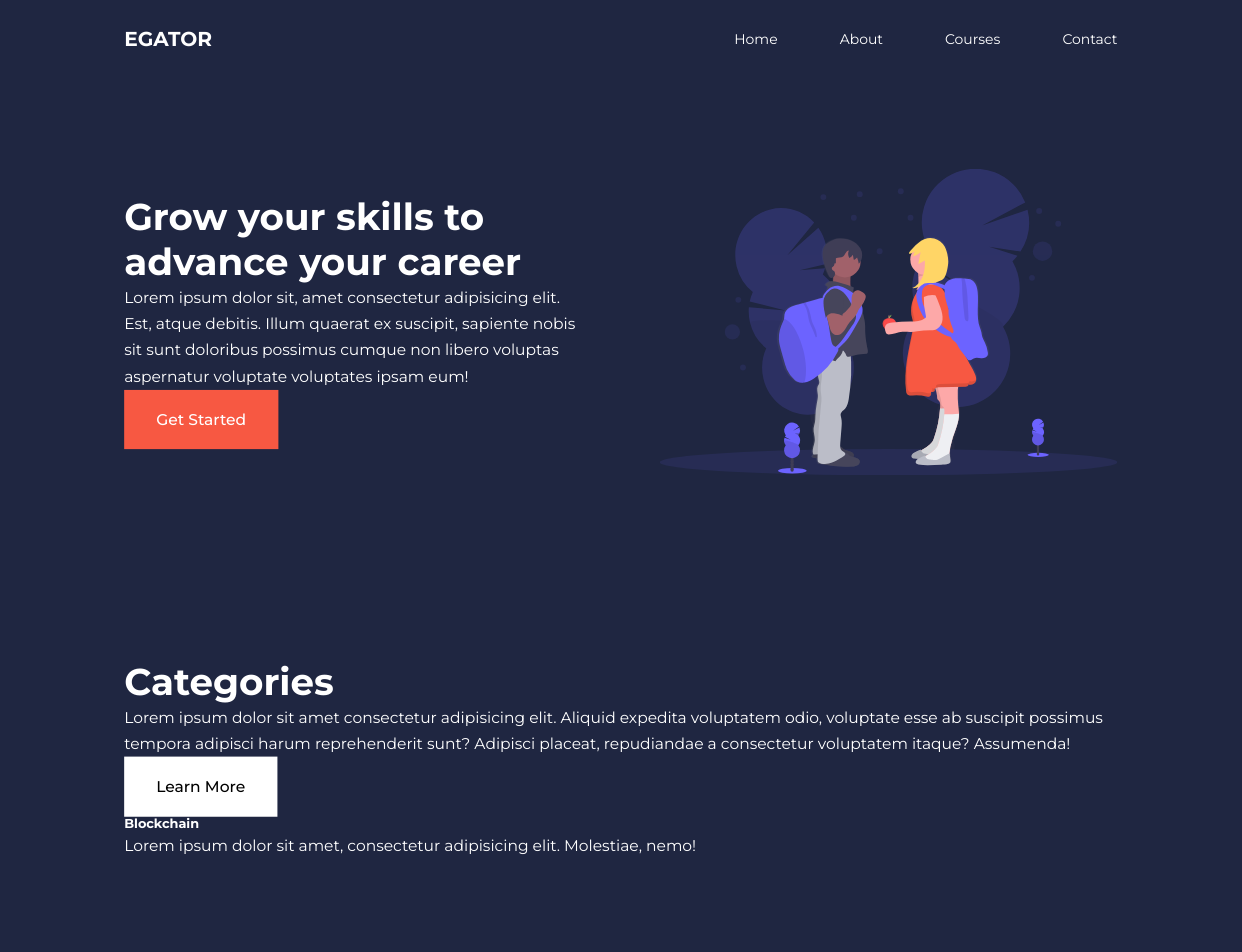
Repository: QUANGTHAI2003/education-web
Page: index.html
An editor plug-in stored every save of this project. The page is shown before and after the next save, followed by the edit.
The browser window is 1280 px wide. The pictures show the whole page, at 97% of full size.
Some icons come from a web library that is not loaded, so they are not drawn.

Above is the page before, as saved 2022-03-11 11:09:26.

After the next save:
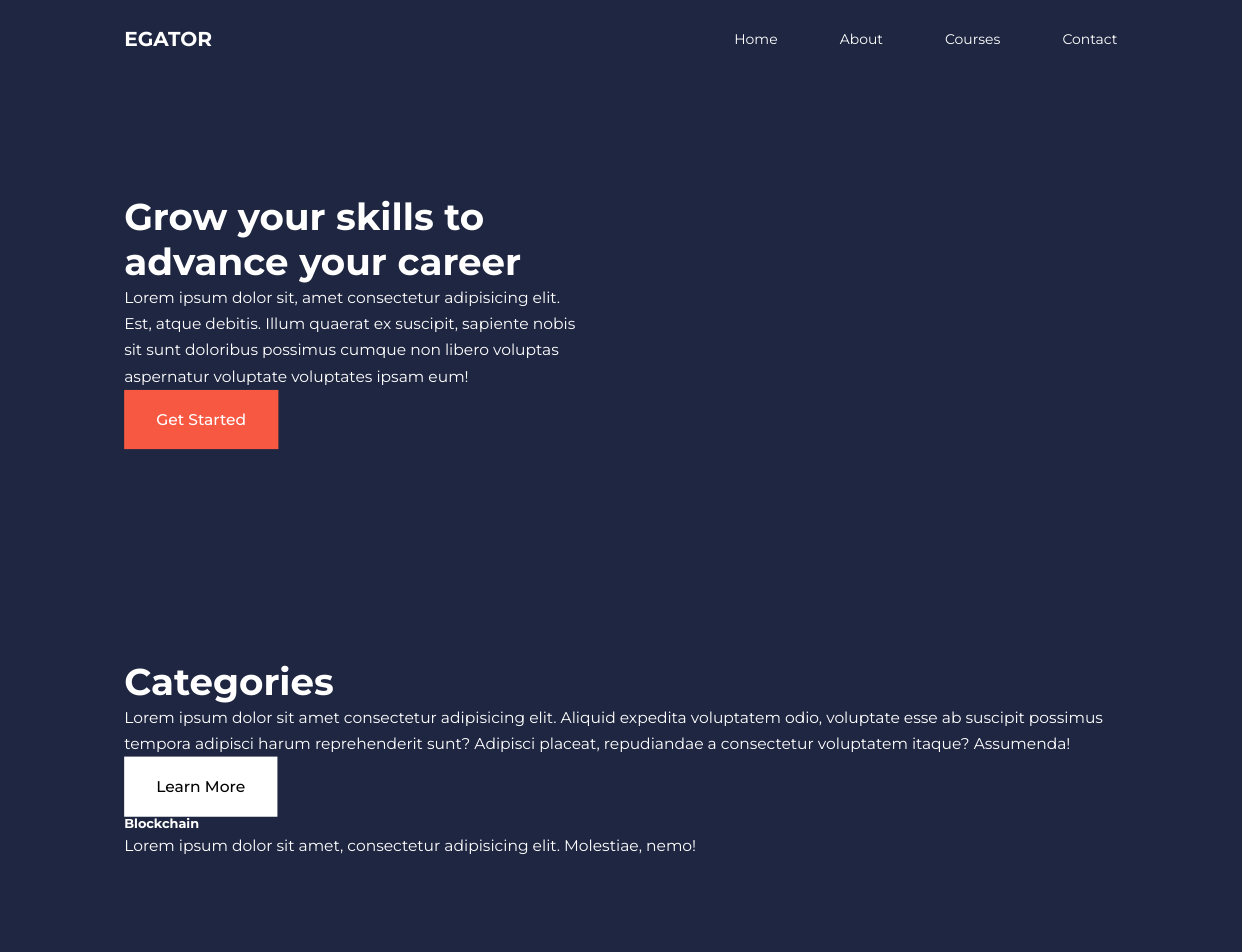
Saved 102 s later.
--- a/index.html
+++ b/index.html
@@ -59,7 +59,7 @@
                 </div>
                 <div class="header__right">
                     <div class="header__right-image">
-                        <img src="./images/header.svg" />
+                        <img src"./images/header.svg" />
                     </div>
                 </div>
             </div>

After the save that followed:
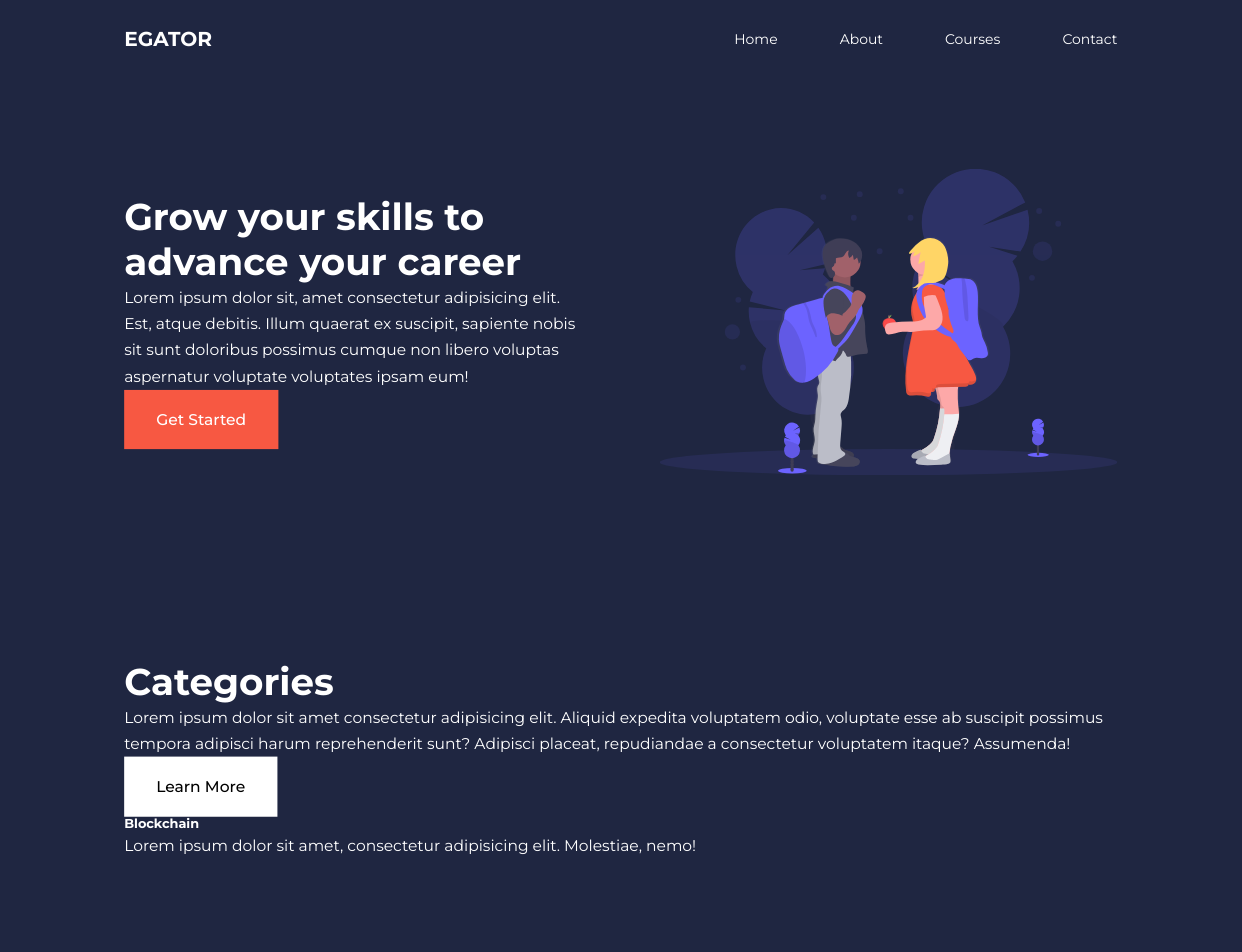
Saved 5 s later.
--- a/index.html
+++ b/index.html
@@ -59,7 +59,7 @@
                 </div>
                 <div class="header__right">
                     <div class="header__right-image">
-                        <img src"./images/header.svg" />
+                        <img src="./images/header.svg" />
                     </div>
                 </div>
             </div>
